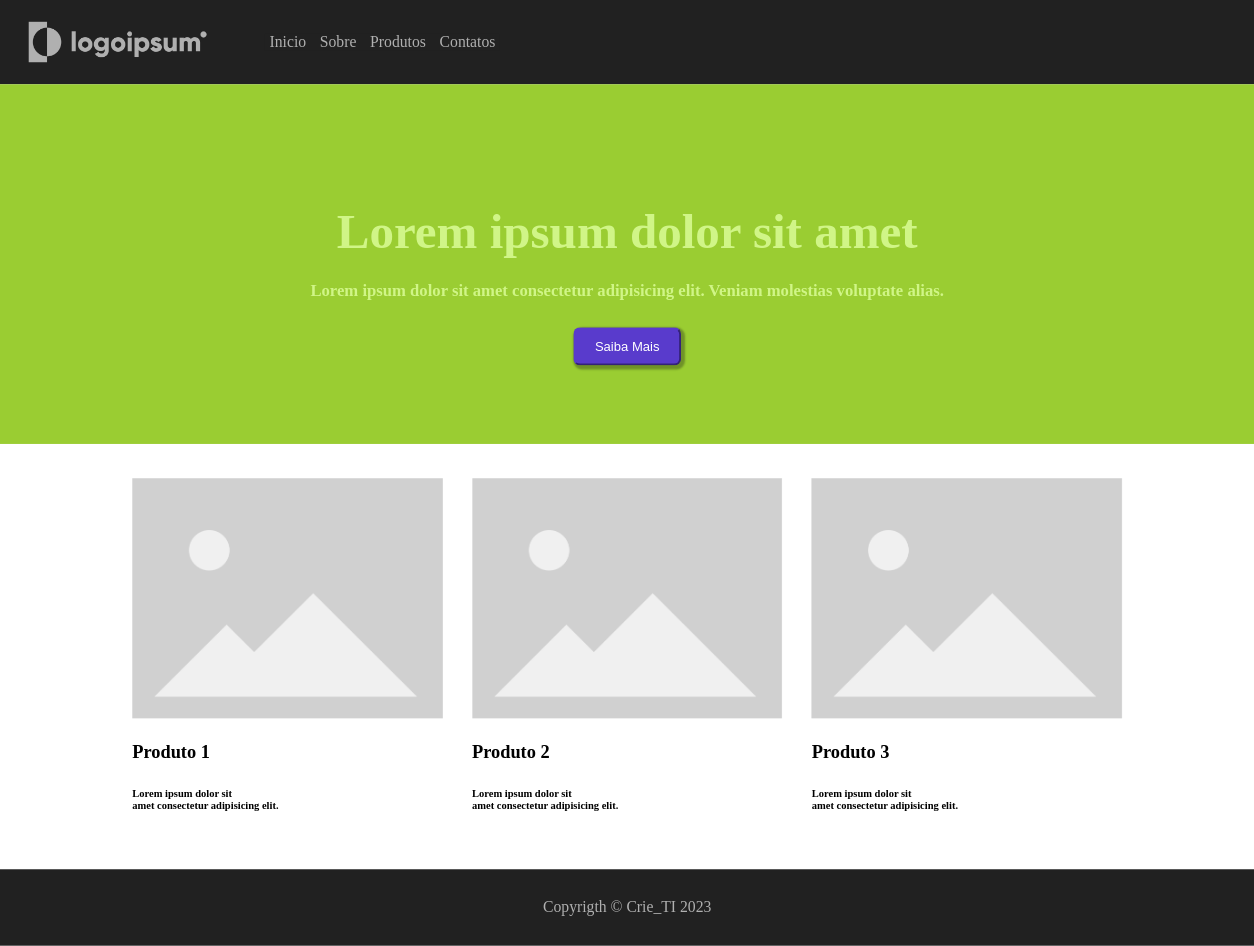
Repository: robsonwssantos/Projeto_Olaria
Page: Exercicios/ex.01/index.html
These files come from the project's save history. The page is drawn as it stood at one moment and after the next save; the edit follows.
The browser window is 1280 px wide. The pictures show the whole page, at 98% of full size.

Above is the page before, as saved 2023-04-21 13:13:11.

After the next save:
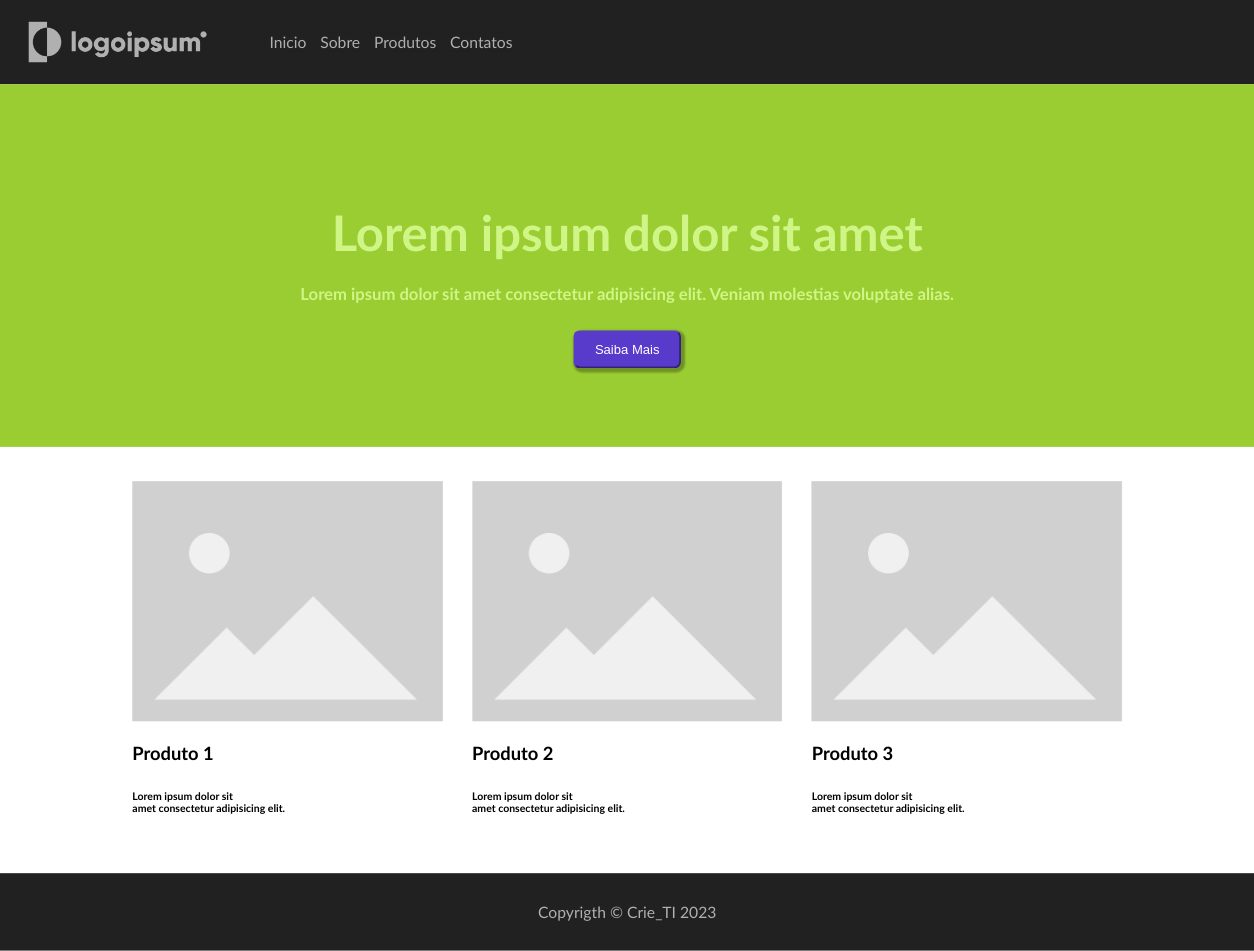
Saved 38 s later.
--- a/Exercicios/ex.01/index.html
+++ b/Exercicios/ex.01/index.html
@@ -9,6 +9,7 @@
     <style>
         body {
             margin: 0;
+            font-family: 'Gill Sans', 'Gill Sans MT', Calibri, 'Trebuchet MS', sans-serif;
         }
 
         nav {
